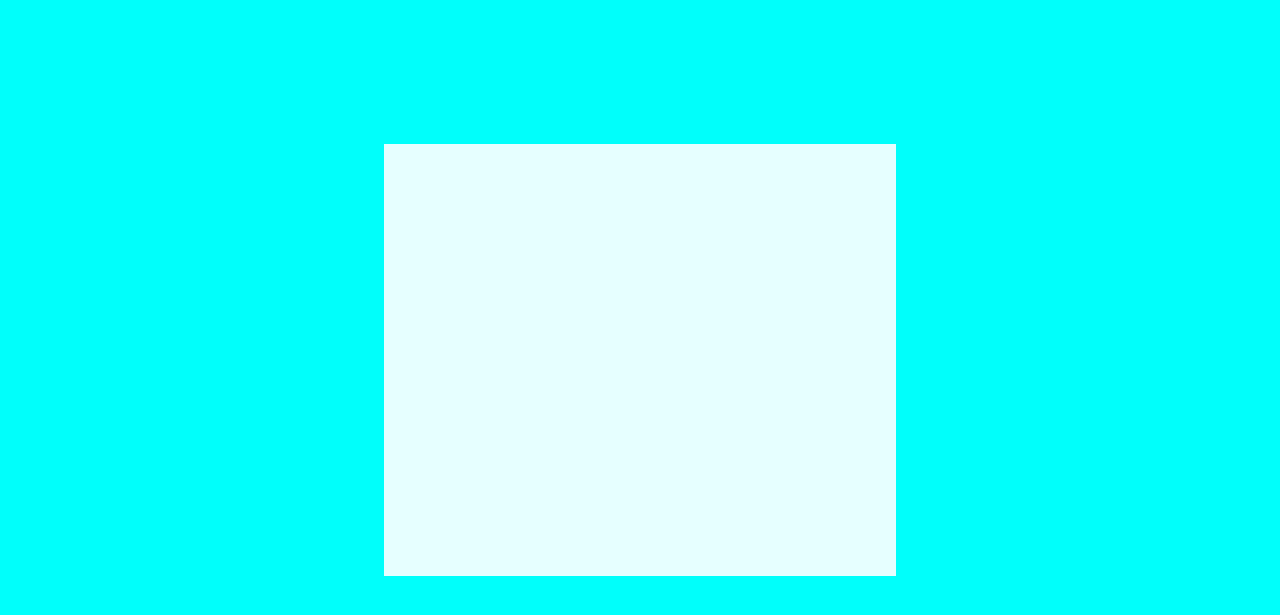
Repository: FaisalFahed/login-page
Page: html/صفحة تسجيل دخول.html
An editor plug-in stored every save of this project. The page is shown before and after the next save, followed by the edit.
The browser window is 1280 px wide. The pictures show the whole page.
Some web fonts or font styles are not loaded; a fallback is used.

Above is the page before, as saved 2025-04-01 08:00:28.

### html/صفحة تسجيل دخول.html
<!DOCTYPE html>
<html lang="en">
<head>
    <meta charset="UTF-8">
    <meta name="viewport" content="width=device-width, initial-scale=1.0">
    <link rel="stylesheet" href="css/normlaize.css">
    <link rel="stylesheet" href="../css/صفحة تسجيل دخول.css">
    <!-- Font Awesome -->
    <link rel="stylesheet" href="../css/all.min.css">
    <!-- Google Fonts -->
    <link rel="preconnect" href="https://fonts.googleapis.com">
    <link rel="preconnect" href="https://fonts.gstatic.com" crossorigin>
    <link href="https://fonts.googleapis.com/css2?family=Markazi+Text:wght@400..700&display=swap" rel="stylesheet">
    <title>Faisal | صفحة تسجيل دخول</title>
</head>
    <body>
        <div class="container">

        </div>
    </body>
</html>

### css/normlaize.css
/*! normalize.css v8.0.1 | MIT License | github.com/necolas/normalize.css */

/* Document
   ========================================================================== */

/**
 * 1. Correct the line height in all browsers.
 * 2. Prevent adjustments of font size after orientation changes in iOS.
 */

 html {
  line-height: 1.15; /* 1 */
  -webkit-text-size-adjust: 100%; /* 2 */
}

/* Sections
   ========================================================================== */

/**
 * Remove the margin in all browsers.
 */

body {
  margin: 0;
}

/**
 * Render the `main` element consistently in IE.
 */

main {
  display: block;
}

/**
 * Correct the font size and margin on `h1` elements within `section` and
 * `article` contexts in Chrome, Firefox, and Safari.
 */

h1 {
  font-size: 2em;
  margin: 0.67em 0;
}

/* Grouping content
   ========================================================================== */

/**
 * 1. Add the correct box sizing in Firefox.
 * 2. Show the overflow in Edge and IE.
 */

hr {
  box-sizing: content-box; /* 1 */
  height: 0; /* 1 */
  overflow: visible; /* 2 */
}

/**
 * 1. Correct the inheritance and scaling of font size in all browsers.
 * 2. Correct the odd `em` font sizing in all browsers.
 */

pre {
  font-family: monospace, monospace; /* 1 */
  font-size: 1em; /* 2 */
}

/* Text-level semantics
   ========================================================================== */

/**
 * Remove the gray background on active links in IE 10.
 */

a {
  background-color: transparent;
}

/**
 * 1. Remove the bottom border in Chrome 57-
 * 2. Add the correct text decoration in Chrome, Edge, IE, Opera, and Safari.
 */

abbr[title] {
  border-bottom: none; /* 1 */
  text-decoration: underline; /* 2 */
  text-decoration: underline dotted; /* 2 */
}

/**
 * Add the correct font weight in Chrome, Edge, and Safari.
 */

b,
strong {
  font-weight: bolder;
}

/**
 * 1. Correct the inheritance and scaling of font size in all browsers.
 * 2. Correct the odd `em` font sizing in all browsers.
 */

code,
kbd,
samp {
  font-family: monospace, monospace; /* 1 */
  font-size: 1em; /* 2 */
}

/**
 * Add the correct font size in all browsers.
 */

small {
  font-size: 80%;
}

/**
 * Prevent `sub` and `sup` elements from affecting the line height in
 * all browsers.
 */

sub,
sup {
  font-size: 75%;
  line-height: 0;
  position: relative;
  vertical-align: baseline;
}

sub {
  bottom: -0.25em;
}

sup {
  top: -0.5em;
}

/* Embedded content
   ========================================================================== */

/**
 * Remove the border on images inside links in IE 10.
 */

img {
  border-style: none;
}

/* Forms
   ========================================================================== */

/**
 * 1. Change the font styles in all browsers.
 * 2. Remove the margin in Firefox and Safari.
 */

button,
input,
optgroup,
select,
textarea {
  font-family: inherit; /* 1 */
  font-size: 100%; /* 1 */
  line-height: 1.15; /* 1 */
  margin: 0; /* 2 */
}

/**
 * Show the overflow in IE.
 * 1. Show the overflow in Edge.
 */

button,
input { /* 1 */
  overflow: visible;
}

/**
 * Remove the inheritance of text transform in Edge, Firefox, and IE.
 * 1. Remove the inheritance of text transform in Firefox.
 */

button,
select { /* 1 */
  text-transform: none;
}

/**
 * Correct the inability to style clickable types in iOS and Safari.
 */

button,
[type="button"],
[type="reset"],
[type="submit"] {
  -webkit-appearance: button;
}

/**
 * Remove the inner border and padding in Firefox.
 */

button::-moz-focus-inner,
[type="button"]::-moz-focus-inner,
[type="reset"]::-moz-focus-inner,
[type="submit"]::-moz-focus-inner {
  border-style: none;
  padding: 0;
}

/**
 * Restore the focus styles unset by the previous rule.
 */

button:-moz-focusring,
[type="button"]:-moz-focusring,
[type="reset"]:-moz-focusring,
[type="submit"]:-moz-focusring {
  outline: 1px dotted ButtonText;
}

/**
 * Correct the padding in Firefox.
 */

fieldset {
  padding: 0.35em 0.75em 0.625em;
}

/**
 * 1. Correct the text wrapping in Edge and IE.
 * 2. Correct the color inheritance from `fieldset` elements in IE.
 * 3. Remove the padding so developers are not caught out when they zero out
 *    `fieldset` elements in all browsers.
 */

legend {
  box-sizing: border-box; /* 1 */
  color: inherit; /* 2 */
  display: table; /* 1 */
  max-width: 100%; /* 1 */
  padding: 0; /* 3 */
  white-space: normal; /* 1 */
}

/**
 * Add the correct vertical alignment in Chrome, Firefox, and Opera.
 */

progress {
  vertical-align: baseline;
}

/**
 * Remove the default vertical scrollbar in IE 10+.
 */

textarea {
  overflow: auto;
}

/**
 * 1. Add the correct box sizing in IE 10.
 * 2. Remove the padding in IE 10.
 */

[type="checkbox"],
[type="radio"] {
  box-sizing: border-box; /* 1 */
  padding: 0; /* 2 */
}

/**
 * Correct the cursor style of increment and decrement buttons in Chrome.
 */

[type="number"]::-webkit-inner-spin-button,
[type="number"]::-webkit-outer-spin-button {
  height: auto;
}

/**
 * 1. Correct the odd appearance in Chrome and Safari.
 * 2. Correct the outline style in Safari.
 */

[type="search"] {
  -webkit-appearance: textfield; /* 1 */
  outline-offset: -2px; /* 2 */
}

/**
 * Remove the inner padding in Chrome and Safari on macOS.
 */

[type="search"]::-webkit-search-decoration {
  -webkit-appearance: none;
}

/**
 * 1. Correct the inability to style clickable types in iOS and Safari.
 * 2. Change font properties to `inherit` in Safari.
 */

::-webkit-file-upload-button {
  -webkit-appearance: button; /* 1 */
  font: inherit; /* 2 */
}

/* Interactive
   ========================================================================== */

/*
 * Add the correct display in Edge, IE 10+, and Firefox.
 */

details {
  display: block;
}

/*
 * Add the correct display in all browsers.
 */

summary {
  display: list-item;
}

/* Misc
   ========================================================================== */

/**
 * Add the correct display in IE 10+.
 */

template {
  display: none;
}

/**
 * Add the correct display in IE 10.
 */

[hidden] {
  display: none;
}

### css/صفحة تسجيل دخول.css
*{
    box-sizing: border-box;
}

:root{
    --main-color: #ff1f1fd6;
    --main-color-alt: #1787E0;
    --main-transition-duration: 0.3s;
    --main-padding-top: 100px;
    --main-padding-bottom: 100px;
    --section-background: #ECECEC;
}

html{
    scroll-behavior: smooth;
}

body{
    font-family: "Markazi Text", serif;
    background-color: #00fffb;
    display: flex;
    width: 100vw;
    height: 100vh;
    justify-content: center;
    align-items: center;
}

a{
    text-decoration: none;
}

ul{
    list-style: none;
    padding: 0;
    margin: 0;
}

.container{
    padding-left: 15px;
    padding-right: 15px;
    margin-left: auto;
    margin-right: auto;
    background-color: rgba(255, 255, 255, 0.9);
    height: 60vh;
    width: 40vw;
}

/* @media (min-width:768px){
    .container{
        width: 750px;
    }
}

@media (min-width:992px){
    .container{
        width: 970px;
    }
}

@media (min-width:1200px){
    .container{
        width: 1170px;
    }
} */

Loaded but not shown: css/all.min.css (library)

After the next save:
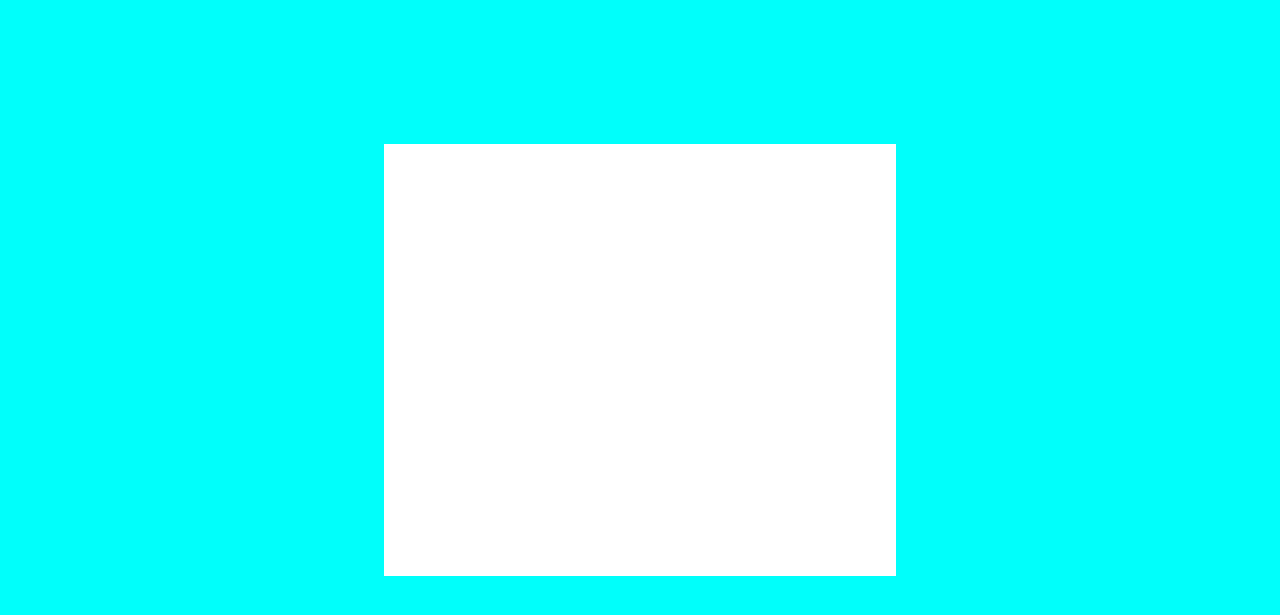
Saved 19 s later.
--- a/css/صفحة تسجيل دخول.css
+++ b/css/صفحة تسجيل دخول.css
@@ -40,7 +40,7 @@ ul{
     padding-right: 15px;
     margin-left: auto;
     margin-right: auto;
-    background-color: rgba(255, 255, 255, 0.9);
+    background-color: rgb(255, 255, 255);
     height: 60vh;
     width: 40vw;
 }
